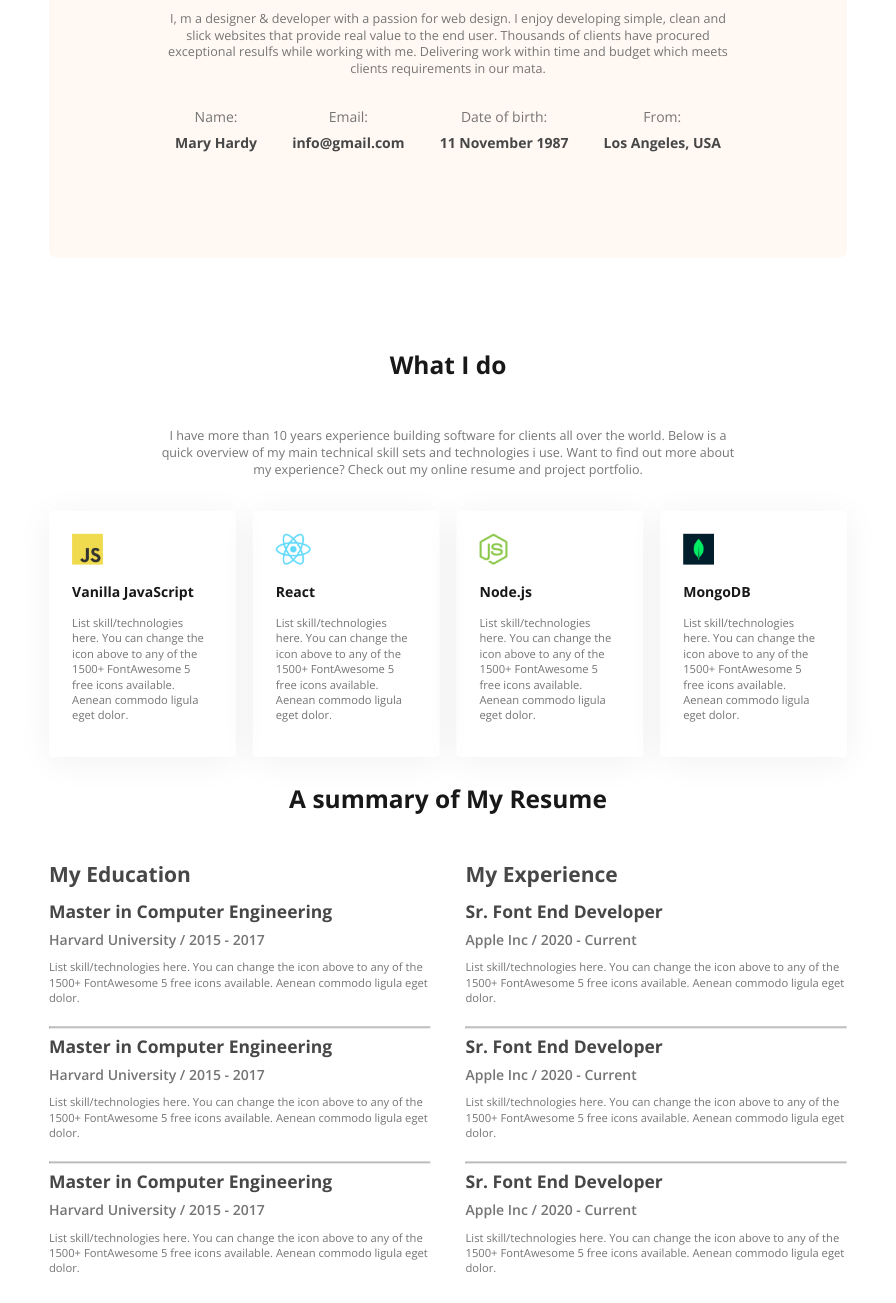
Repository: ShouravAhammed/Simple-Portfolio-Webpage
Page: index.html
These files come from the project's save history. The page is drawn as it stood at one moment and after the next save; the edit follows.
The browser window is 1280 px wide. The pictures show the part of the page from y = 1131 to 3051 px (the page is 2992 px tall before and 3051 px after), at 70% of full size.

Above is the page before, as saved 2024-01-06 03:17:00.

### index.html
<!DOCTYPE html>
<html lang="en">
<head>
    <meta charset="UTF-8">
    <meta name="viewport" content="width=device-width, initial-scale=1.0">
    <title>Mary</title>
    <link rel="stylesheet" href="index.css">
</head>
<body>
    <header class="header">
        <nav>
            <h3 class="nav-title">Ma<span class="text-primary">r</span>y</h3>
            <ul class="navber">
                <li><a href="">Portfolio</a></li>
                <li><a href="">Blog</a></li>
                <li><button class="btn-primary">Hire Me</button></li>
            </ul>
        </nav>
        <div class="banner">
            <div class="banner-content">
                <h3 class="banner-greeting">Hi, I  am</h3>
                <h1 class="banner-title">Mary Hardy</h1>
                <p class="banner-description">Shot what able cold new see hold.Friendly as an betrayed formerly he. Morning because as to society behaved moments.</p>
                <button class="btn-primary">Download</button>
                <button class="btn-primary">Contact</button>
            </div>
            <img class="profile-pic" src="images/hardy.png" alt="profile-pic">
        </div>
    </header>
    <main>
        <section class="about">
            <h3 class="section-title">About Me</h3>
            <p class="section-description">I, m a designer & developer with a passion for web design. I enjoy developing simple, clean and slick websites that provide real value to the end user. Thousands of clients have procured exceptional resulfs while working with me. Delivering work within time and budget which meets clients requirements in our mata.</p>
            <div class="about-info-container">
                <div class="about-info">
                    <h4 class="info-title">Name:</h4>
                    <p class="info-description">Mary Hardy</p>
                </div>
                <div class="about-info">
                    <h4 class="info-title">Email:</h4>
                    <p class="info-description">info@gmail.com</p>
                </div>
                <div class="about-info">
                    <h4 class="info-title">Date of birth:</h4>
                    <p class="info-description">11 November 1987</p>
                </div>
                <div class="about-info">
                    <h4 class="info-title">From:</h4>
                    <p class="info-description">Los Angeles, USA</p>
                </div>
            </div>
        </section>
        <!-- what i do section  -->
        <section>
            <h3 class="section-title">What I do</h3>
            <p id="what-i-do-description" class="section-description">I have more than 10 years experience building software for clients all over the world. Below is a quick overview of my main technical skill sets and technologies i use. Want to find out more about my experience? Check out my online resume and project portfolio.</p>
            <div class="skills-container">
                <div class="skills">
                    <img src="images/icons/js.png" alt="">
                    <h3 class="skills-title">Vanilla JavaScript</h3>
                    <p class="skills-description">List skill/technologies here. You can change the icon above to any of the 1500+ FontAwesome 5 free icons available. Aenean commodo ligula eget dolor.</p>
                </div>
                <div class="skills">
                    <img src="images/icons/react.png" alt="">
                    <h3 class="skills-title">React</h3>
                    <p class="skills-description">List skill/technologies here. You can change the icon above to any of the 1500+ FontAwesome 5 free icons available. Aenean commodo ligula eget dolor.</p>
                </div>
                <div class="skills">
                    <img src="images/icons/nodejs.png" alt="">
                    <h3 class="skills-title">Node.js</h3>
                    <p class="skills-description">List skill/technologies here. You can change the icon above to any of the 1500+ FontAwesome 5 free icons available. Aenean commodo ligula eget dolor.</p>
                </div>
                <div class="skills">
                    <img src="images/icons/mongo.png" alt="">
                    <h3 class="skills-title">MongoDB</h3>
                    <p class="skills-description">List skill/technologies here. You can change the icon above to any of the 1500+ FontAwesome 5 free icons available. Aenean commodo ligula eget dolor.</p>
                </div>
            </div>
        </section>
        <!-- Resume section -->
        <section>
            <h3 class="section-title">A summary of My Resume</h3>
            <div class="resume-container">
                <div class="resume-colum">
                    <h3 class="resume-column-title">My Education</h3>
                    <div class="resume-item">
                        <h3 class="resume-item-title">Master in Computer Engineering</h3>
                        <h4 class="resume-item-institute">Harvard University / 2015 - 2017</h4>
                        <p class="resume-item-description">List skill/technologies here. You can change the icon above
                            to any of the 1500+ FontAwesome 5 free icons available. Aenean commodo ligula eget dolor.</p>
                    </div>
                    <hr>
                    <div class="resume-item">
                        <h3 class="resume-item-title">Master in Computer Engineering</h3>
                        <h4 class="resume-item-institute">Harvard University / 2015 - 2017</h4>
                        <p class="resume-item-description">List skill/technologies here. You can change the icon above
                            to any of the 1500+ FontAwesome 5 free icons available. Aenean commodo ligula eget dolor.</p>
                    </div>
                    <hr>
                    <div class="resume-item">
                        <h3 class="resume-item-title">Master in Computer Engineering</h3>
                        <h4 class="resume-item-institute">Harvard University / 2015 - 2017</h4>
                        <p class="resume-item-description">List skill/technologies here. You can change the icon above
                            to any of the 1500+ FontAwesome 5 free icons available. Aenean commodo ligula eget dolor.</p>
                    </div>
                </div>
                <div class="resume-colum">
                    <h3 class="resume-column-title">My Experience</h3>
                    <div class="resume-item">
                        <h3 class="resume-item-title">Sr. Font End Developer</h3>
                        <h4 class="resume-item-institute">Apple Inc / 2020 - Current</h4>
                        <p class="resume-item-description">List skill/technologies here. You can change the icon above
                            to any of the 1500+ FontAwesome 5 free icons available. Aenean commodo ligula eget dolor.</p>
                    </div>
                    <hr>
                    <div class="resume-item">
                        <h3 class="resume-item-title">Sr. Font End Developer</h3>
                        <h4 class="resume-item-institute">Apple Inc / 2020 - Current</h4>
                        <p class="resume-item-description">List skill/technologies here. You can change the icon above
                            to any of the 1500+ FontAwesome 5 free icons available. Aenean commodo ligula eget dolor.</p>
                    </div>
                    <hr>
                    <div class="resume-item">
                        <h3 class="resume-item-title">Sr. Font End Developer</h3>
                        <h4 class="resume-item-institute">Apple Inc / 2020 - Current</h4>
                        <p class="resume-item-description">List skill/technologies here. You can change the icon above
                            to any of the 1500+ FontAwesome 5 free icons available. Aenean commodo ligula eget dolor.</p>
                    </div>
                </div>
            </div>
        </section>

    </main>
    <footer>

    </footer>
</body>
</html>

### index.css
@import url('https://fonts.googleapis.com/css2?family=Lato:ital,wght@0,100;0,300;0,400;0,700;0,900;1,100;1,300;1,400;1,700;1,900&display=swap');
@import url('https://fonts.googleapis.com/css2?family=Open+Sans:ital,wght@0,300;0,400;0,500;0,600;0,700;0,800;1,300;1,400;1,500;1,600;1,700;1,800&display=swap');
/* google fonts import */
/* *{
    margin: 0;
    padding: 0;
    outline: 0;
} */
ul, ol{
    list-style: none;
}
body{
    font-family: 'Open Sans', sans-serif;
}
hr{
    background: #D1D1D1;
    height: 1px;
}
.text-primary{
    color: #FD6E0A;
}
.btn-primary{
    border-radius: 5px;
    color: #fff;
    background: #FD6E0A;
    font-size: 20px;
    font-weight: 700;
    padding: 18px 35px;
    border: 0;
}

/* nav related style */
nav{
    display: flex;
    justify-content: space-between;
    align-items: center;
    margin: 0 200px;
}
.nav-title{
    color: #181818;
    font-size: 45px;
    font-weight: 800;
}
nav > ul{
    display: flex;
    align-items: center;
}
nav li{
    margin-right: 50px;
}
nav a{
    text-decoration: none;
    color: #474747;
}
/* header related style */
.header{
    background: #FFF8F3;
    background-image: url(images/header_bg.png);
    background-position: bottom right;
    background-repeat: no-repeat;
}
.banner{
    display: flex;
    justify-content: space-between;
    padding: 30px 30px 0px 150px;
    align-items: center;
}
.banner-content{
    max-width: 580px;
}
.banner .profile-pic{
    width: 500px;
}
.banner-greeting{
    color: #474747;
    font-size: 45px;
    margin-bottom: 0;
}
.banner-title{
    color: #181818;
    font-size: 85px;
    font-weight: 700;
    margin-top: 5px;
    margin-bottom: 20px;
}
.banner-description{
    color: #575757;
    font-size: 18px;
    font-weight: 400;
    margin-bottom: 20px;
}
/* main part style */
main{
    max-width: 1140px;
    margin: 0 auto;
}
/* about part style */
.about{
    border-radius: 10px;
    background: #FFF8F3;
    margin: 130px 0px;
    padding: 130px 155px;
}
.section-title{
    color: #181818;
    text-align: center;
    font-size: 35px;
    font-weight: 700;
}
.section-description{
    color: #757575;
    text-align: center;
    font-size: 18px;
    font-weight: 400;
}
.about-info-container{
    display: flex;
    justify-content: space-around;
}
.about-info{
    text-align: center;
}
.info-title{
    color:  #757575;
    text-align: center;
    font-size: 20px;
    font-weight: 400;
    margin-bottom: 0px;
}
.info-description{
    color:#474747;
    font-size: 20px;
    font-weight: 700;
    margin-top: 10px;
}
#what-i-do-description{
    padding: 30px 150px;
}
/* what i do section style */
.skills-container{
    display: flex;
    gap: 24px;
}
.skills{
    border-radius: 5px;
    box-shadow: 0px 6px 50px 0px rgba(0, 0, 0, 0.06);
    padding: 33px
}
.skills-title{
    color: #181818;
    font-size: 20px;
    font-weight: 700;
}
.skills-description{
    color:#757575;
    font-size: 16px;
    font-weight: 400;
}
/* Resume sectionpart start */
.resume-container{
    display: flex;
    gap: 50px;
}
.resume-column-title{
    color:#474747;
    font-size: 30px;
    font-weight: 700;
    margin-bottom: 15px;
}
.resume-item-title{
    color: #474747;
    font-size: 25px;
    font-weight: 700;
    margin-top: 0px;
    margin-bottom: 10px;
}
.resume-item-institute{
    color: #757575;
    font-size: 20px;
    font-weight: 600;
    margin-top: 0px;
    margin-bottom: 15px;
}
.resume-item-description{
    color: #757575;
    font-size: 16px;
    font-weight: 400;
    margin-top: 10px;
    margin-bottom: 30px;
}

After the next save:
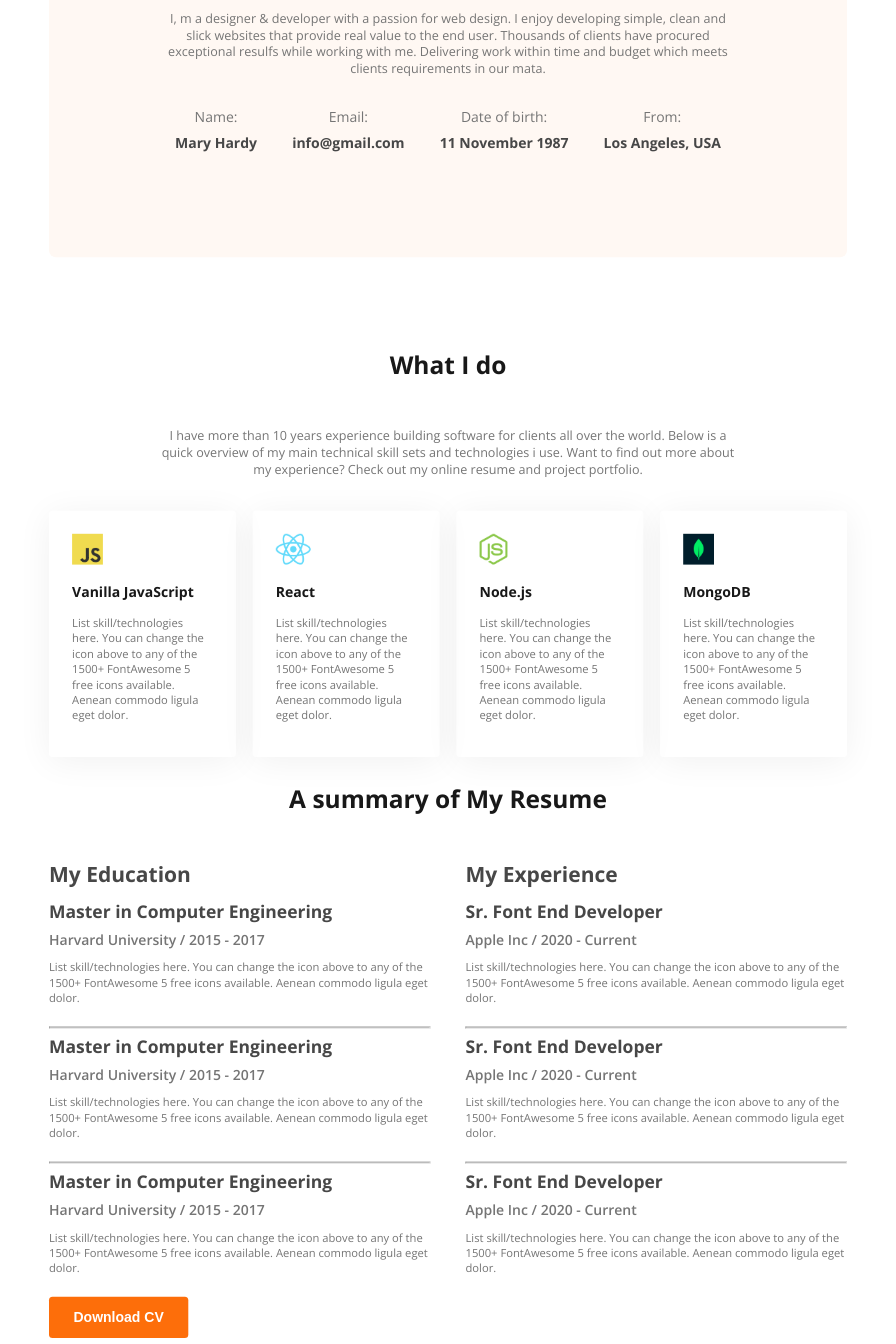
Saved 5 min 3 s later.
--- a/index.html
+++ b/index.html
@@ -128,6 +128,9 @@
                     </div>
                 </div>
             </div>
+            <div class="download-cv">
+                <button class="btn-primary">Download CV</button>
+            </div>
         </section>
 
     </main>
